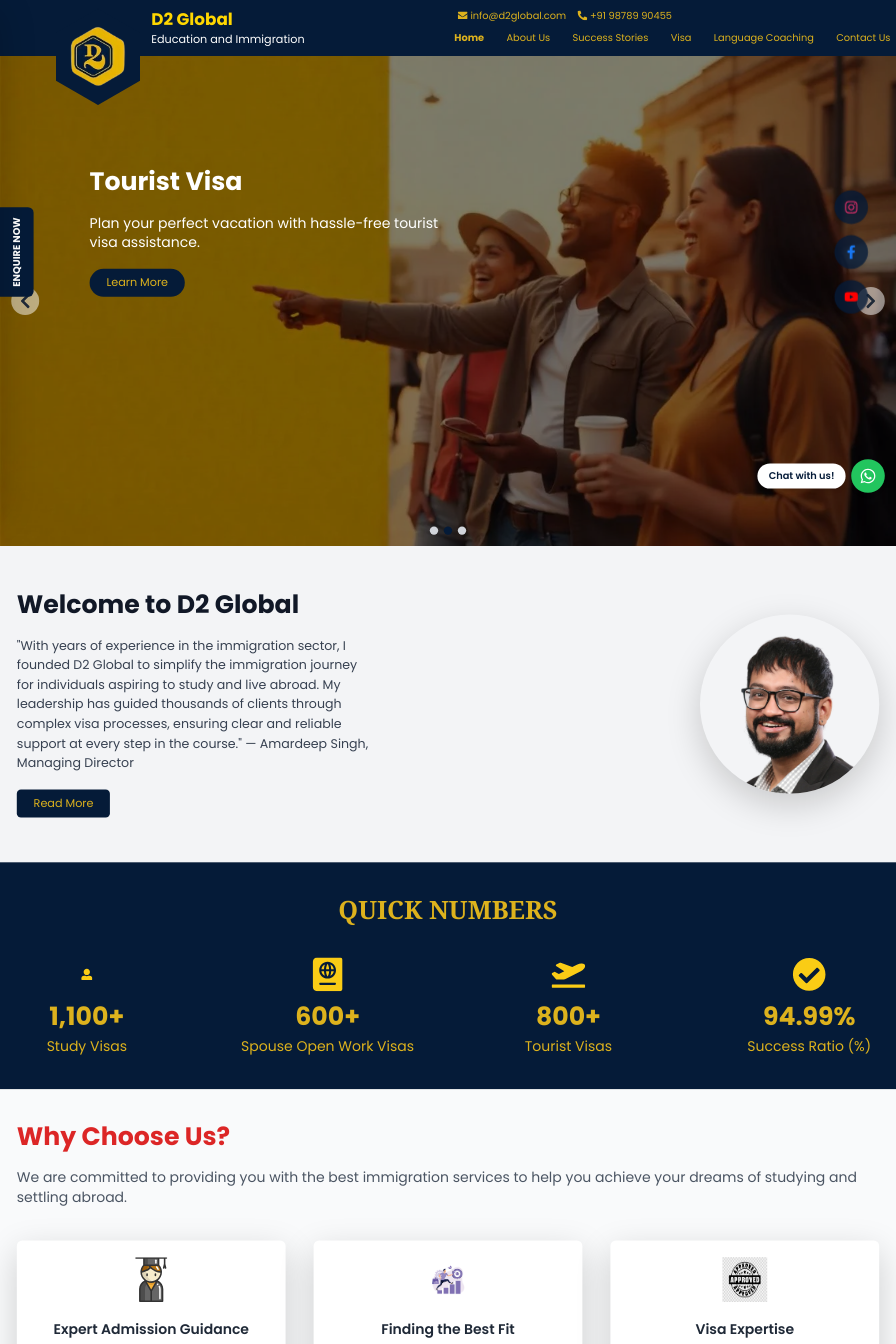
Repository: abhijeets54/d2globalbackup
Page: /
An editor plug-in stored every save of this project. The page is shown before and after the next save, followed by the edit.
The browser window is 1280 px wide. The pictures show the part of the page from y = 0 to 1920 px (the page is 5754 px tall), at 70% of full size.
Some web fonts or font styles are not loaded; a fallback is used. The project was rebuilt for these pictures with package versions that can differ from the ones it lists, and the page was loaded fresh each time. Also part of the build but not shown: vite.config.js, src/components/Logo.jsx, src/components/Button.jsx, src/components/PostCard.jsx, src/components/Input.jsx, src/components/WhatPeopleAreSaying.jsx, src/components/PassportServiceSlider.jsx, src/components/Register.jsx and 24 more.

Above is the page before, as saved 2024-10-22 13:43:40.

After the next save:
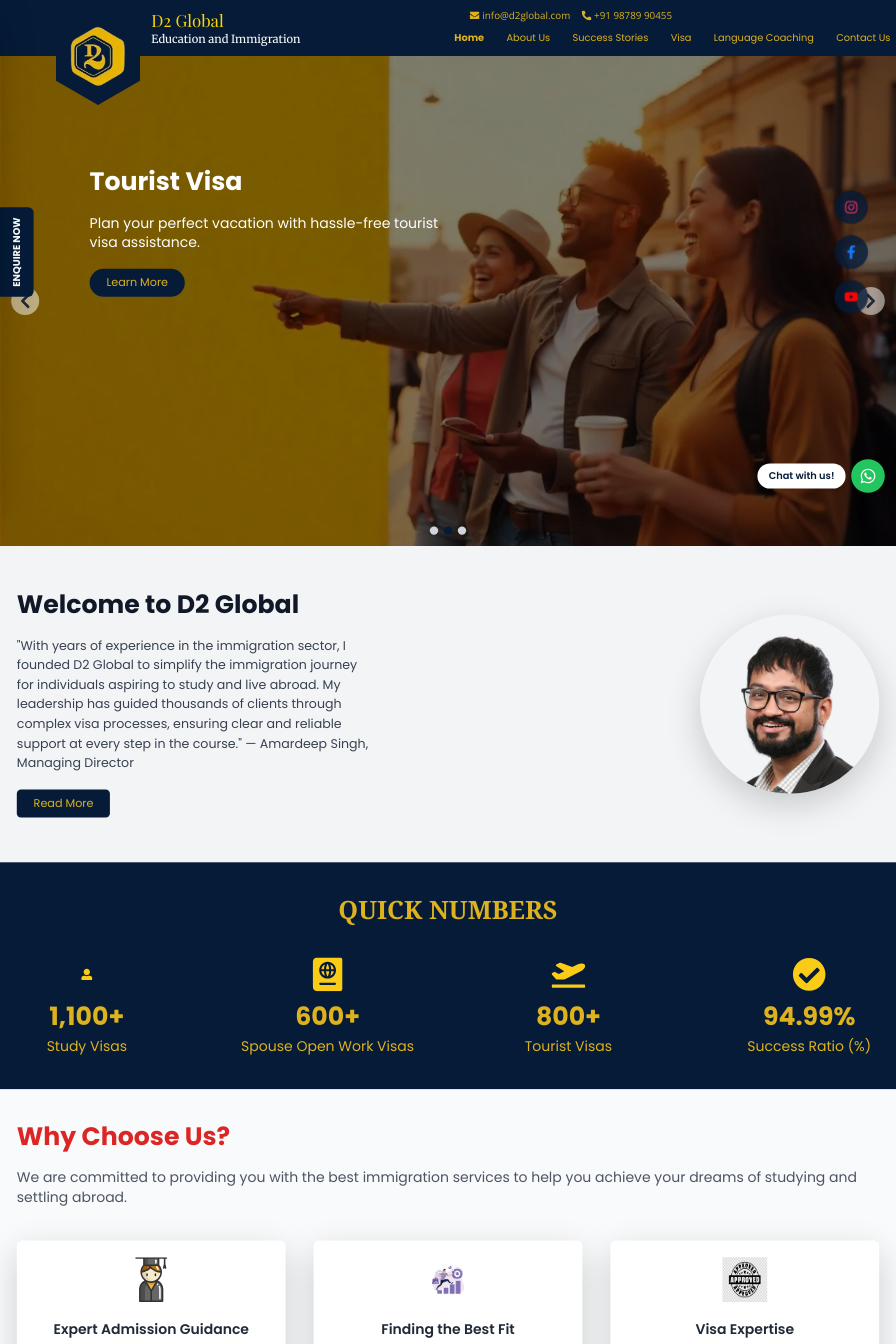
Saved 3 min 59 s later.
--- a/src/components/Header/Header.jsx
+++ b/src/components/Header/Header.jsx
@@ -1,7 +1,7 @@
 import React, { useState } from 'react';
 import { Container } from '../index';
 import { useNavigate, useLocation } from 'react-router-dom';
-import { FaBars, FaTimes, FaEnvelope, FaPhone, FaFacebookF, FaYoutube, FaInstagram, FaWhatsapp } from 'react-icons/fa';
+import { FaBars, FaTimes, FaEnvelope, FaPhone } from 'react-icons/fa';
 
 const customStyles = `
   .hexagon-logo {
@@ -96,15 +96,15 @@
 
               {/* Company Name */}
               <div className="ml-16 md:ml-24 lg:ml-40 xl:ml-48 text-left px-4 -mb-4 pt-2">
-                <div className="text-2xl font-bold text-[#FFD700]">D2 Global</div>
-                <div className="text-base text-white">Education and Immigration</div>
+                <div className="text-2xl font-playfair text-[#FFD700]">D2 Global</div>
+                <div className="text-base font-merriweather text-white">Education and Immigration</div>
               </div>
             </div>
 
             {/* Contact Info and Navigation */}
             <div className="flex flex-col items-center lg:items-end space-y-2">
               {/* Contact Info */}
-              <div className="flex space-x-4 mr-4 md:mr-16 lg:mr-40 xl:mr-80 text-sm">
+              <div className="flex space-x-4 mr-4 md:mr-16 lg:mr-40 xl:mr-80 text-sm font-openSans">
                 <a href="mailto:info@d2global.com" className="flex items-center">
                   <FaEnvelope className="mr-1" />
                   info@d2global.com
@@ -124,7 +124,7 @@
                         onClick={() =>
                           item.dropdown ? toggleDropdown(index) : handleNavigation(item.slug)
                         }
-                        className={`px-2 py-1 text-sm ${
+                        className={`px-2 py-1 text-sm font-poppins ${
                           location.pathname === item.slug ? 'font-bold' : 'hover:font-bold'
                         } transition-all duration-200 relative after:content-[''] after:absolute after:bottom-0 after:left-0 after:w-0 after:h-0.5 after:bg-yellow-400 after:transition-all after:duration-300 hover:after:w-full`}
                       >
@@ -133,7 +133,7 @@
 
                       {/* Main Dropdown */}
                       {item.dropdown && activeDropdown === index && (
-                        <ul className="absolute right-0 mt-1 w-40 bg-customBlue shadow-lg z-50 text-customYellow">
+                        <ul className="absolute right-0 mt-1 w-40 bg-customBlue shadow-lg z-50 text-customYellow font-mukta">
                           {item.dropdown.map((subItem, subIndex) => (
                             <li key={subItem.name} className="relative">
                               <button
@@ -149,7 +149,7 @@
 
                               {/* Sub Dropdown for Study Visa */}
                               {subItem.subDropdown && activeSubDropdown === subIndex && (
-                                <ul className="absolute right-0 mt-1 w-40 bg-customBlue shadow-lg z-50">
+                                <ul className="absolute right-0 mt-1 w-40 bg-customBlue shadow-lg z-50 font-mukta">
                                   {subItem.subDropdown.map((subSubItem) => (
                                     <li key={subSubItem.name}>
                                       <button
@@ -187,7 +187,7 @@
       {/* Mobile Menu */}
       {menuOpen && (
         <div className="lg:hidden absolute top-20 left-0 w-full bg-customBlue shadow-md z-40 text-customYellow slide-down">
-          <ul className="flex flex-col items-center space-y-2 py-3">
+          <ul className="flex flex-col items-center space-y-2 py-3 font-poppins">
             {navItems.map((item, index) => (
               <li key={item.name} className="w-full">
                 <button
@@ -209,7 +209,7 @@
                           onClick={() =>
                             subItem.subDropdown ? toggleSubDropdown(subIndex) : handleNavigation(subItem.slug)
                           }
-                          className={`block px-6 py-1 w-full text-left text-xs ${
+                          className={`block px-6 py-1 w-full text-left text-sm hover:bg-blue-800 ${
                             location.pathname === subItem.slug ? 'font-bold' : ''
                           }`}
                         >
@@ -222,7 +222,7 @@
                               <li key={subSubItem.name}>
                                 <button
                                   onClick={() => handleNavigation(subSubItem.slug)}
-                                  className={`block px-8 py-1 w-full text-left text-xs ${
+                                  className={`block px-8 py-1 w-full text-left text-sm hover:bg-blue-700 ${
                                     location.pathname === subSubItem.slug ? 'font-bold' : ''
                                   }`}
                                 >
